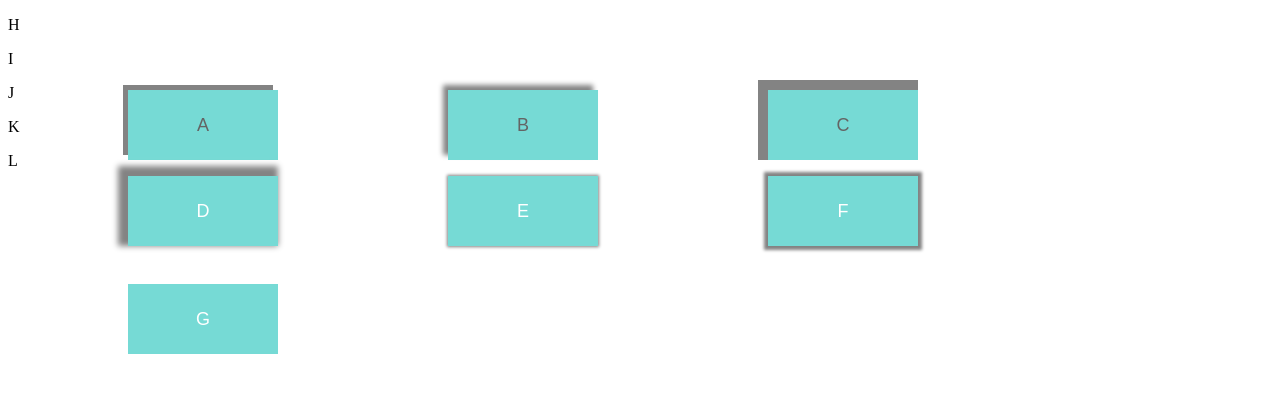
Repository: ThePerez/ArgProg
Page: Practicas ArgProg/Practica 3/Ejercicio 8/index.html
An editor plug-in stored every save of this project. The page is shown before and after the next save, followed by the edit.
The browser window is 1280 px wide. The pictures show the whole page.

Above is the page before, as saved 2023-03-20 18:10:43.

After the next save:
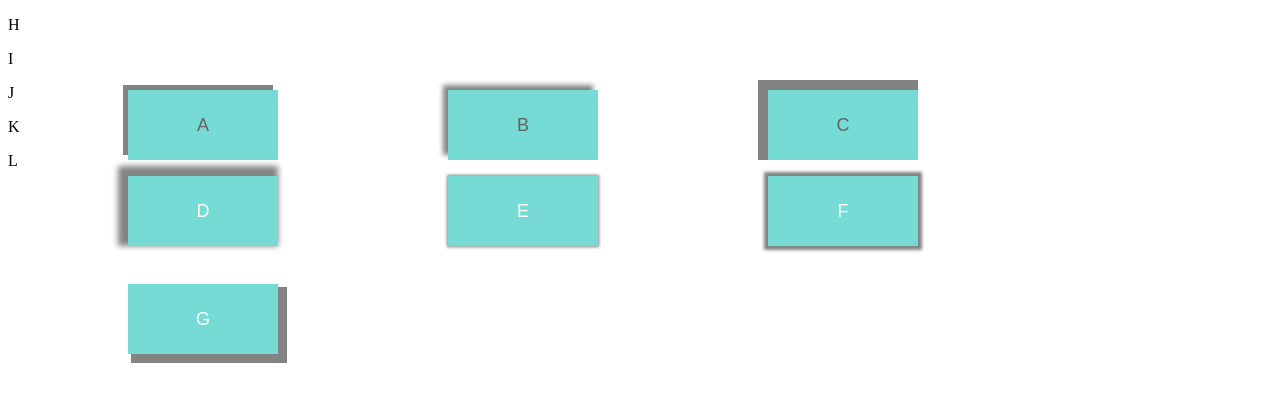
Saved 4 s later.
--- a/Practicas ArgProg/Practica 3/Ejercicio 8/styles.css
+++ b/Practicas ArgProg/Practica 3/Ejercicio 8/styles.css
@@ -106,7 +106,7 @@
      color: #ffffff;
      font-size: 18px;
      background: rgb(118, 218, 213);
-     box-shadow: 6px 6px 0px px #838383;
+     box-shadow: 6px 6px 0px 3px #838383;
      width: 150px;
      height: 70px;
      position: absolute;
